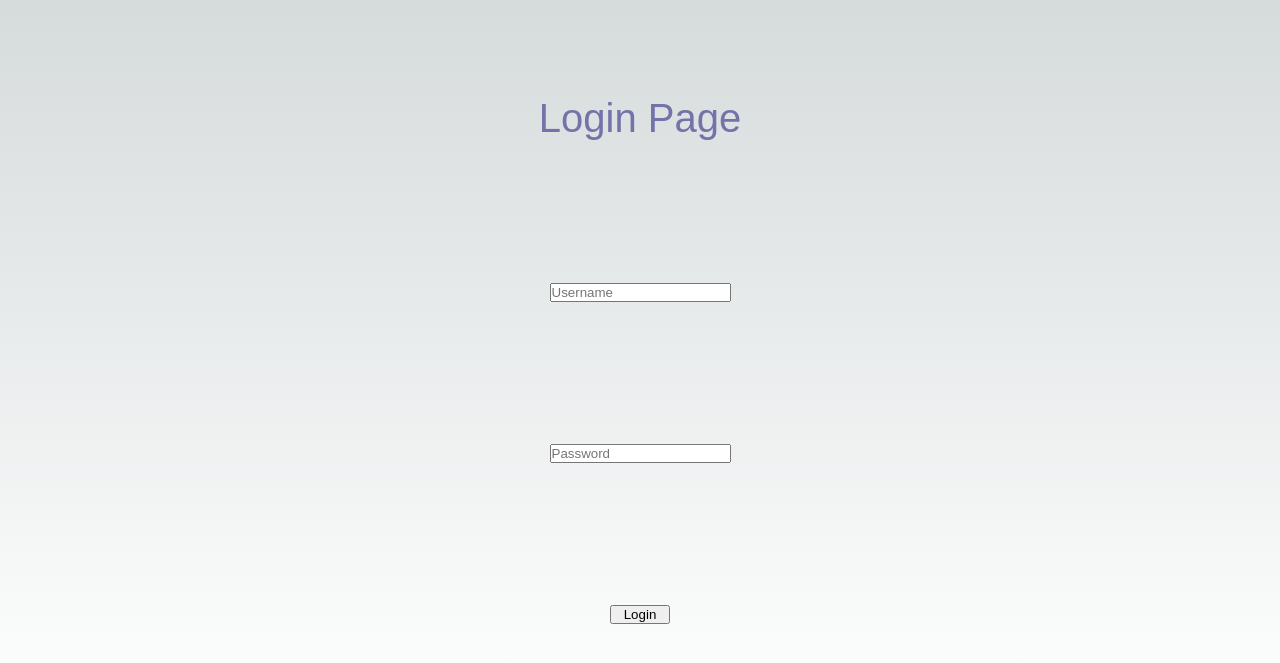
Repository: SaraShio/counter
Page: /
The author's editor kept a copy of each file at every save. The page is drawn from the files as they stood at one save, then again after the next save.
The browser window is 1280 px wide. The pictures show the whole page.
The project was rebuilt for these pictures with package versions that can differ from the ones it lists, and the page was loaded fresh each time. The framework's server and built-in components were replaced by stand-ins that run in the browser. Also part of the build but not shown: next.config.js.

Above is the page before, as saved 2023-01-15 22:30:50.

### pages/index.js
import Head from 'next/head'
import Image from 'next/image'
import { Inter } from '@next/font/google'
import styles from '../styles/Home.module.css'
import { useEffect, useState } from 'react'
import { useRouter } from 'next/router'


const inter = Inter({ subsets: ['latin'] })

export default function Home() {

  const router = useRouter();

  const [formData, setFormData] = useState({
    firstName: '',
    username: '',
  })

  const CheckLogin = () => {
    console.log(formData.firstName);
    console.log(formData);

    if (formData.username !== null) {
      router.push({
        pathname: './counter',
        query: {
          username: formData.firstName
        }
      })
    }
  }


  return (
    <>
      <Head>
        <title>Create Next App</title>
        <meta name="description" content="Generated by create next app" />
        <meta name="viewport" content="width=device-width, initial-scale=1" />
        <link rel="icon" href="/favicon.ico" />
      </Head>
      <main className={styles.main}>
        <label>Login Page</label>
        <input
          placeholder='Username'
          type="text"
          id="first"
          name="first"
          pattern="[A-Z]{1}[a-z]{2-10}"
          title="The first letter should be uppercase"
          onChange={(e => setFormData({ ...formData, firstName: e.target.value }))}
        />

        <input
          placeholder='Password'
          type="text"
          id="username"
          name="username"
          required
          minLength="5"
          maxLength="10"
          onChange={(e => setFormData({ ...formData, username: e.target.value }))}

        />


        <button className={styles.submit} type="submit" onClick={() => CheckLogin()}>Login</button>

      </main>
    </>
  )
}

### styles/globals.css
:root {
  --max-width: 1100px;
  --border-radius: 12px;
  --font-mono: ui-monospace, Menlo, Monaco, 'Cascadia Mono', 'Segoe UI Mono',
    'Roboto Mono', 'Oxygen Mono', 'Ubuntu Monospace', 'Source Code Pro',
    'Fira Mono', 'Droid Sans Mono', 'Courier New', monospace;

  --foreground-rgb: 0, 0, 0;
  --background-start-rgb: 214, 219, 220;
  --background-end-rgb: 255, 255, 255;
  --purple: #874e93;
  --medium-purple: #6565a2e3;
  --dark-gray: #434346;
  --deep-blue: #0a0a47;
  --light-blue: #51ccf18c;
  --extra-large-header-font: 52px;
  --large-header-font: 40px;
  --medium-header-font: 32px;
  --small-header-font: 24px;
  --new-font: 'Raleway', sans-serif, 'Unbounded', cursive;
  --padding: 16px;


  --primary-glow: conic-gradient(from 180deg at 50% 50%,
      #16abff33 0deg,
      #0885ff33 55deg,
      #54d6ff33 120deg,
      #0071ff33 160deg,
      transparent 360deg);
  --secondary-glow: radial-gradient(rgba(255, 255, 255, 1),
      rgba(255, 255, 255, 0));

  --tile-start-rgb: 239, 245, 249;
  --tile-end-rgb: 228, 232, 233;
  --tile-border: conic-gradient(#00000080,
      #00000040,
      #00000030,
      #00000020,
      #00000010,
      #00000010,
      #00000080);

  --callout-rgb: 238, 240, 241;
  --callout-border-rgb: 172, 175, 176;
  --card-rgb: 180, 185, 188;
  --card-border-rgb: 131, 134, 135;
}

@media (prefers-color-scheme: dark) {
  :root {
    --foreground-rgb: 255, 255, 255;
    --background-start-rgb: 0, 0, 0;
    --background-end-rgb: 0, 0, 0;

    --primary-glow: radial-gradient(rgba(1, 65, 255, 0.4), rgba(1, 65, 255, 0));
    --secondary-glow: linear-gradient(to bottom right,
        rgba(1, 65, 255, 0),
        rgba(1, 65, 255, 0),
        rgba(1, 65, 255, 0.3));

    --tile-start-rgb: 2, 13, 46;
    --tile-end-rgb: 2, 5, 19;
    --tile-border: conic-gradient(#ffffff80,
        #ffffff40,
        #ffffff30,
        #ffffff20,
        #ffffff10,
        #ffffff10,
        #ffffff80);

    --callout-rgb: 20, 20, 20;
    --callout-border-rgb: 108, 108, 108;
    --card-rgb: 100, 100, 100;
    --card-border-rgb: 200, 200, 200;
  }
}

* {
  box-sizing: border-box;
  padding: 0;
  margin: 0;
}

html,
body {
  max-width: 100vw;
  overflow-x: hidden;
}

body {
  color: rgb(var(--foreground-rgb));
  background: linear-gradient(to bottom,
      transparent,
      rgb(var(--background-end-rgb))) rgb(var(--background-start-rgb));
}

a {
  color: inherit;
  text-decoration: none;
}

@media (prefers-color-scheme: dark) {
  html {
    color-scheme: dark;
  }
}

### styles/Home.module.css
.main {
  display: flex;
  flex-direction: column;
  justify-content: space-between;
  align-items: center;
  padding: 6rem;
  min-height: 100vh;
  color: var(--medium-purple);
  font-size: var(--large-header-font);
  font-family: var(--new-font);
}

.submit {
  width: 60px;
}

Loaded but not shown: pages/_app.js (common file); pages/_document.js (common file)

After the next save:
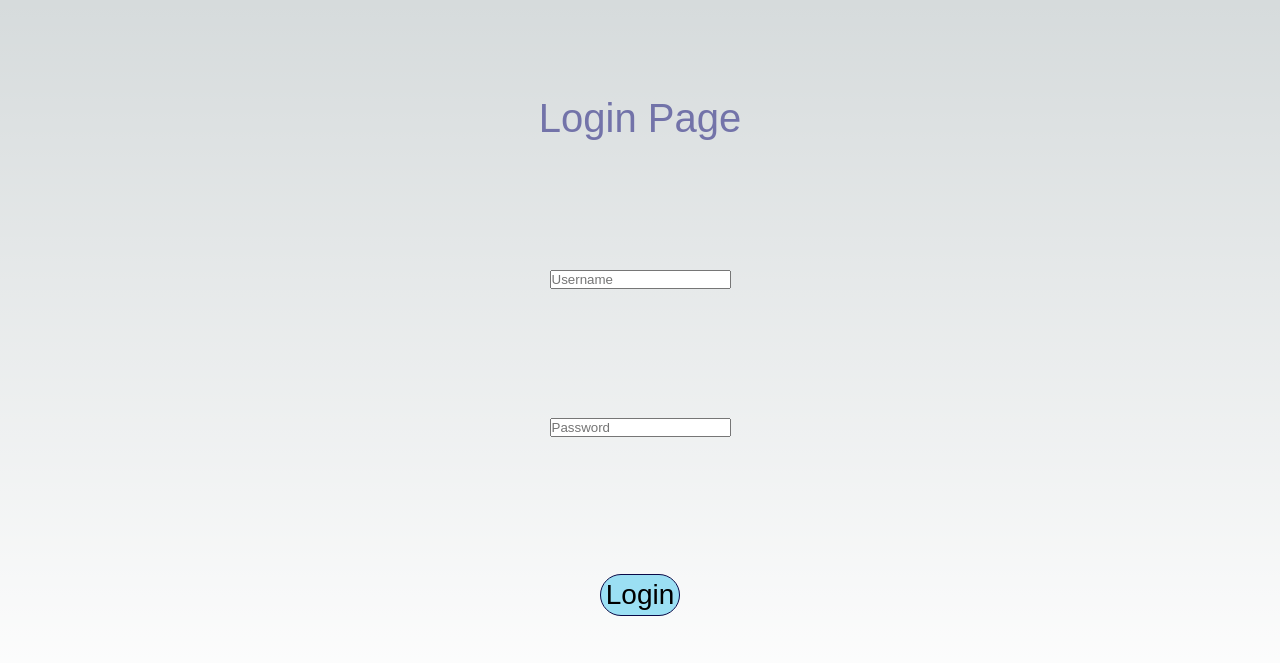
Saved 53 s later.
--- a/styles/Home.module.css
+++ b/styles/Home.module.css
@@ -11,5 +11,12 @@
 }
 
 .submit {
-  width: 60px;
+  background-color: var(--light-blue);
+  border: 0.5px solid var(--deep-blue);
+  width: 80px;
+  border-radius: 1000px;
+  font-size: 28px;
+  font-family: var(--new-font);
+  margin: 8px;
+  padding: 4px;
 }
